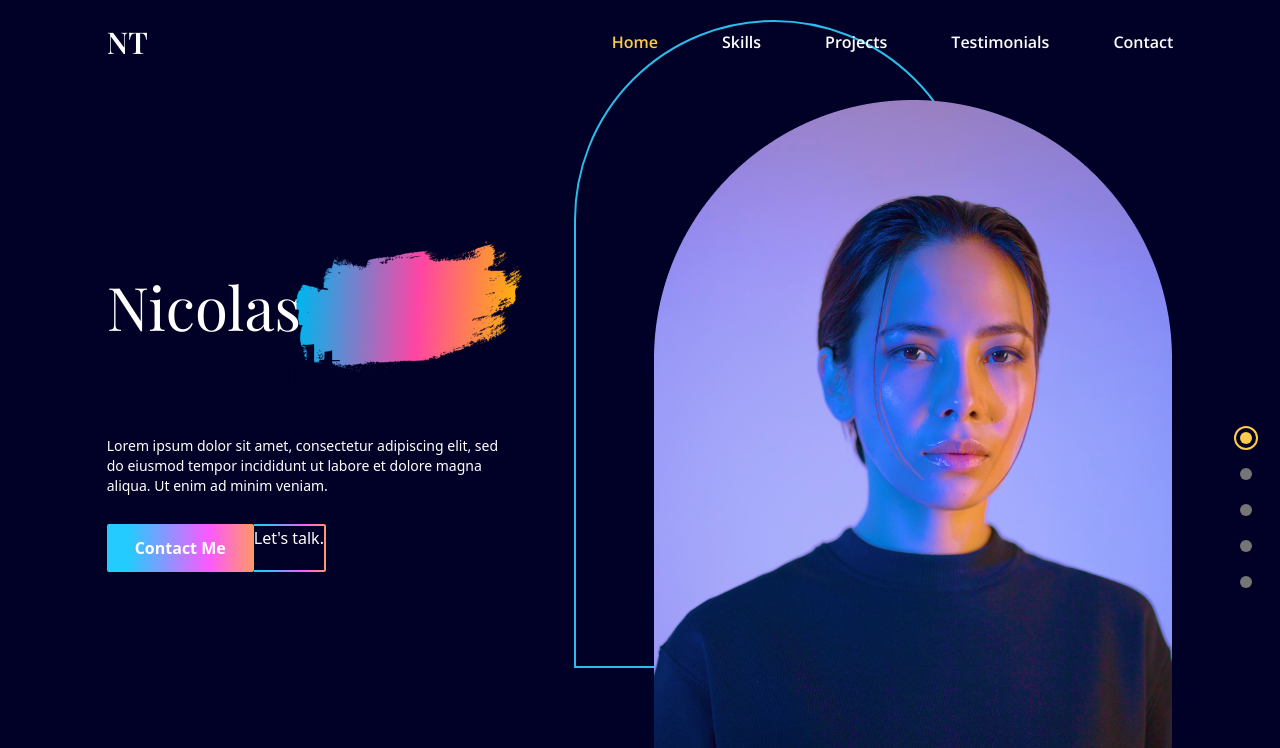
Repository: thibaultNicolas/portfolio-react
Page: /
An editor plug-in stored every save of this project. The page is shown before and after a run of saves, followed by the edit.
The browser window is 1280 px wide. The pictures show the whole page.
The project was rebuilt for these pictures with package versions that can differ from the ones it lists, and the page was loaded fresh each time. Also part of the build but not shown: next.config.ts.

Above is the page before, as saved 2023-01-08 10:50:22.

### public/index.html
<!DOCTYPE html>
<html lang="en">

<head>
  <meta charset="utf-8" />
  <link rel="icon" href="%PUBLIC_URL%/favicon.ico" />
  <meta name="viewport" content="width=device-width, initial-scale=1" />
  <meta name="theme-color" content="#000000" />
  <meta name="description" content="Web site created using create-react-app" />
  <link rel="apple-touch-icon" href="%PUBLIC_URL%/logo192.png" />
  <!--
      manifest.json provides metadata used when your web app is installed on a
      user's mobile device or desktop. See https://developers.google.com/web/fundamentals/web-app-manifest/
    -->
  <link rel="manifest" href="%PUBLIC_URL%/manifest.json" />
  <!--
      Notice the use of %PUBLIC_URL% in the tags above.
      It will be replaced with the URL of the `public` folder during the build.
      Only files inside the `public` folder can be referenced from the HTML.

      Unlike "/favicon.ico" or "favicon.ico", "%PUBLIC_URL%/favicon.ico" will
      work correctly both with client-side routing and a non-root public URL.
      Learn how to configure a non-root public URL by running `npm run build`.
    -->
  <title>React App</title>
  <link href="/public/output.css" rel="stylesheet">
</head>

<body>
  <noscript>You need to enable JavaScript to run this app.</noscript>
  <div id="root"></div>
  <!--
      This HTML file is a template.
      If you open it directly in the browser, you will see an empty page.

      You can add webfonts, meta tags, or analytics to this file.
      The build step will place the bundled scripts into the <body> tag.

      To begin the development, run `npm start` or `yarn start`.
      To create a production bundle, use `npm run build` or `yarn build`.
    -->
</body>

</html>

### src/index.css
@import url('https://fonts.googleapis.com/css2?family=Open+Sans:wght@400;600&family=Playfair+Display:wght@400;600&display=swap');

@tailwind base;
@tailwind components;
@tailwind utilities;

html,
body,
#root,
.app{
    height: 100%;
    background-color: #010026;
    @apply text-white;
}

### src/scenes/Navbar.jsx
import { useState } from 'react';
import AnchorLink from 'react-anchor-link-smooth-scroll';
import useMediaQuery from '../hooks/useMediaQuery';

const Link = ({ page, selectedPage, setSelectedPage }) => {
    const lowerCasePage = page.toLowerCase();
    return (
        <AnchorLink
            className={`${selectedPage === lowerCasePage ? 'text-yellow' : ''}
            hover:text-yellow transition duration-500`}
            href={`#${lowerCasePage}`}
            onClick={() => setSelectedPage(lowerCasePage)}
        >
            {page}
        </AnchorLink>
    );
};

const Navbar = ({ isTopOfPage, selectedPage, setSelectedPage }) => {
    const [isMenuToggled, setIsMenuToggled] = useState(false);
    const isAboveSmallScreens = useMediaQuery('(min-width:768px)');
    const navbarBackground = isTopOfPage ? "" : "bg-red";

    return (
        <nav className={`${navbarBackground} z-40 w-full fixed top-0 py-6`}>
            <div className="flex items-center justify-between mx-auto w-5/6">
                <h4 className="font-playfair text-3xl font-bold">NT</h4>

                {/* DESKTOP NAV */}
                {isAboveSmallScreens ? (
                    <div className="flex justify-between gap-16 font-openSans txt-sm font-semibold">
                        <Link
                            page="Home"
                            selectedPage={selectedPage}
                            setSelectedPage={setSelectedPage}
                        />
                        <Link
                            page="Skills"
                            selectedPage={selectedPage}
                            setSelectedPage={setSelectedPage}
                        />
                        <Link
                            page="Projects"
                            selectedPage={selectedPage}
                            setSelectedPage={setSelectedPage}
                        />
                        <Link
                            page="Testimonials"
                            selectedPage={selectedPage}
                            setSelectedPage={setSelectedPage}
                        />
                        <Link
                            page="Contact"
                            selectedPage={selectedPage}
                            setSelectedPage={setSelectedPage}
                        />
                    </div>
                ) : (
                    <button
                        className="rounded-full bg-red p-2"
                        onClick={() => setIsMenuToggled(!isMenuToggled)}
                    >
                        <img src="../assets/menu-icon.svg" alt="menu-icon" />
                    </button>
                )}

                {/* MOBILE MENU POPUP */}
                {!isAboveSmallScreens && isMenuToggled && (
                    <div className="fixed right-0 bottom-0 h-full bg-blue w-[300px]">
                        {/* CLOSE ICON */}
                        <div className="flex justify-end p-12">
                            <button
                                onClick={() => setIsMenuToggled(!isMenuToggled)}
                            >
                                <img
                                    src="../assets/close-icon.svg"
                                    alt="close-icon"
                                />
                            </button>
                        </div>
                        {/* MENU ITEMS */}
                        <div className="flex flex-col gap-10 ml-[33%] text-2xl text-deep-blue">
                            <Link
                                page="Home"
                                selectedPage={selectedPage}
                                setSelectedPage={setSelectedPage}
                            />
                            <Link
                                page="Skills"
                                selectedPage={selectedPage}
                                setSelectedPage={setSelectedPage}
                            />
                            <Link
                                page="Projects"
                                selectedPage={selectedPage}
                                setSelectedPage={setSelectedPage}
                            />
                            <Link
                                page="Testimonials"
                                selectedPage={selectedPage}
                                setSelectedPage={setSelectedPage}
                            />
                            <Link
                                page="Contact"
                                selectedPage={selectedPage}
                                setSelectedPage={setSelectedPage}
                            />
                        </div>
                    </div>
                )}
            </div>
        </nav>
    );
};

export default Navbar;

### src/scenes/DotGroup.jsx
import AnchorLink from 'react-anchor-link-smooth-scroll';
const DotGroup = ({ selectedPage, setSelectedPage }) => {
    const selectedStyles = `relative bg-yellow before:absolute before:w-6 before:h-6
    before:rounded-full before:border-2 before:border-yellow before:left-[-50%]
    before:top-[-50%]`;
    return (
        <div className="flex flex-col gap-6 fixed top-[60%] right-7">
            <AnchorLink
                className={`${selectedPage === 'home' ? selectedStyles : 'bg-dark-grey'}
            w-3 h-3 rounded-full`}
                href="#home"
                onClick={() => setSelectedPage('home')}
            />
            <AnchorLink
                className={`${selectedPage === 'skills' ? selectedStyles : 'bg-dark-grey'}
            w-3 h-3 rounded-full`}
                href="#skills"
                onClick={() => setSelectedPage('skills')}
            />
            <AnchorLink
                className={`${selectedPage === 'projects' ? selectedStyles : 'bg-dark-grey'}
            w-3 h-3 rounded-full`}
                href="#projects"
                onClick={() => setSelectedPage('projects')}
            />
            <AnchorLink
                className={`${selectedPage === 'testimonials' ? selectedStyles : 'bg-dark-grey'}
            w-3 h-3 rounded-full`}
                href="#testimonials"
                onClick={() => setSelectedPage('testimonials')}
            />
            <AnchorLink
                className={`${selectedPage === 'contact' ? selectedStyles : 'bg-dark-grey'}
            w-3 h-3 rounded-full`}
                href="#contact"
                onClick={() => setSelectedPage('contact')}
            />
        </div>
    );
};
export default DotGroup;

### src/scenes/Landing.jsx
import useMediaQuery from '../hooks/useMediaQuery';
import { motion } from 'framer-motion';
import AnchorLink from 'react-anchor-link-smooth-scroll';

const Landing = ({ setSelectedPage }) => {
    const isAboveMediumScreens = useMediaQuery('(min-width:1060px)');

    return (
        <section
            id="home"
            className="md:flex md:justify-between md:items-center md:h-full gap-16 py-10"
        >
            {/* IMAGE SECTION */}
            <div className="md:order-2 flex justify-center basis-3/5 z-10 mt-16 md:mt-32">
                {isAboveMediumScreens ? (
                    <div className="relative z-0 ml-20 before:absolute before:-top-20 before:-left-20 before:rounded-t-[400px] before:w-full before:max-w-[400px] before:h-full before:border-2 before:border-blue before:z-[-1]">
                        <img
                            src="assets/profile-image.png"
                            alt="profile"
                            className="hover:filter hover:saturate-200 transition duration-500 z-10 w-full max-w-[400px] md:max-w-[600px]"
                        />
                    </div>
                ) : (
                    <img
                        src="assets/profile-image.png"
                        alt="profile"
                        className="hover:filter hover:saturate-200 transition duration-500 z-10 w-full max-w-[400px] md:max-w-[600px]"
                    />
                )}
            </div>

            {/* MAIN SECTION */}
            <div className="z-30 basis-2/5 mt-12 md:mt-32">
                {/* HEADING SECTION */}
                <motion.div
                    initial="hidden"
                    whileInView="visible"
                    viewport={{ once: true, amount: 0.5 }}
                    transition={{ duration: 0.5 }}
                    variants={{
                        hidden: { opacity: 0, x: -50 },
                        visible: { opacity: 1, x: 0 },
                    }}
                >
                    <p className="text-6xl font-playfair z-10 text-center md:text-start">
                        Nicolas {''}
                        <span
                            className="xs:relative xs:text-deep-blue xs:font-semibold z-20
                        xs:before:content-brush before:absolute before:-left-[25px] before:-top-[70px] before:z-[-1]
                        "
                        >
                            Thibault
                        </span>
                    </p>
                    <p className="mt-10 mb-7 text-sm text-center md:text-start">
                        Lorem ipsum dolor sit amet, consectetur adipiscing elit,
                        sed do eiusmod tempor incididunt ut labore et dolore
                        magna aliqua. Ut enim ad minim veniam.
                    </p>
                </motion.div>

                {/* CALL TO ACTION */}
                <motion.div
                    className='flex mt-5 justify-center md:justify-start'
                    initial="hidden"
                    whileInView="visible"
                    viewport={{ once: true, amount: 0.5 }}
                    transition={{ delay:0.2, duration: 0.5 }}
                    variants={{
                        hidden: { opacity: 0, x: -50 },
                        visible: { opacity: 1, x: 0 },
                    }}
                >
                    <AnchorLink
                    className='bg-gradient-rainblue txt-deep-blue rounded-sm py-3 px-7 font-semibold hover:bg-blue hover:text-white transition duration-500'
                    onClick={()=> setSelectedPage("contact")}
                    href="#contact">
                        Contact Me
                    </AnchorLink>

                    <AnchorLink
                    className='rounded-r-sm bg-gradient-rainblue py-0.5 pr-0.5'
                    onClick={()=> setSelectedPage("contact")}
                    href="#contact">
                        <div className='bg-deep-blue hover:text-red transition duration-500 w-full h-full flex '>
                            Let's talk.
                        </div>
                    </AnchorLink>
                </motion.div>
            </div>
        </section>
    );
};
export default Landing;

### src/hooks/useMediaQuery.jsx
import { useState, useEffect } from 'react';

const useMediaQuery = (query) => {
    const [matches, setMatches] = useState(false);

    useEffect(() => {
        const media = window.matchMedia(query);
        if (media.matches !== matches) {
            setMatches(media.matches);
        }
        const listener = () => setMatches(media.matches);
        window.addEventListener('resize', listener);
        return () => window.removeEventListener('resize', listener);
    }, [matches, query]);

    return matches;
};

export default useMediaQuery;

Loaded but not shown: src/index.js (common file); src/App.js (37 lines, source omitted); tailwind.config.js (41 lines, source omitted); public/output.css (740 lines, source omitted)

After the next 2 saves:
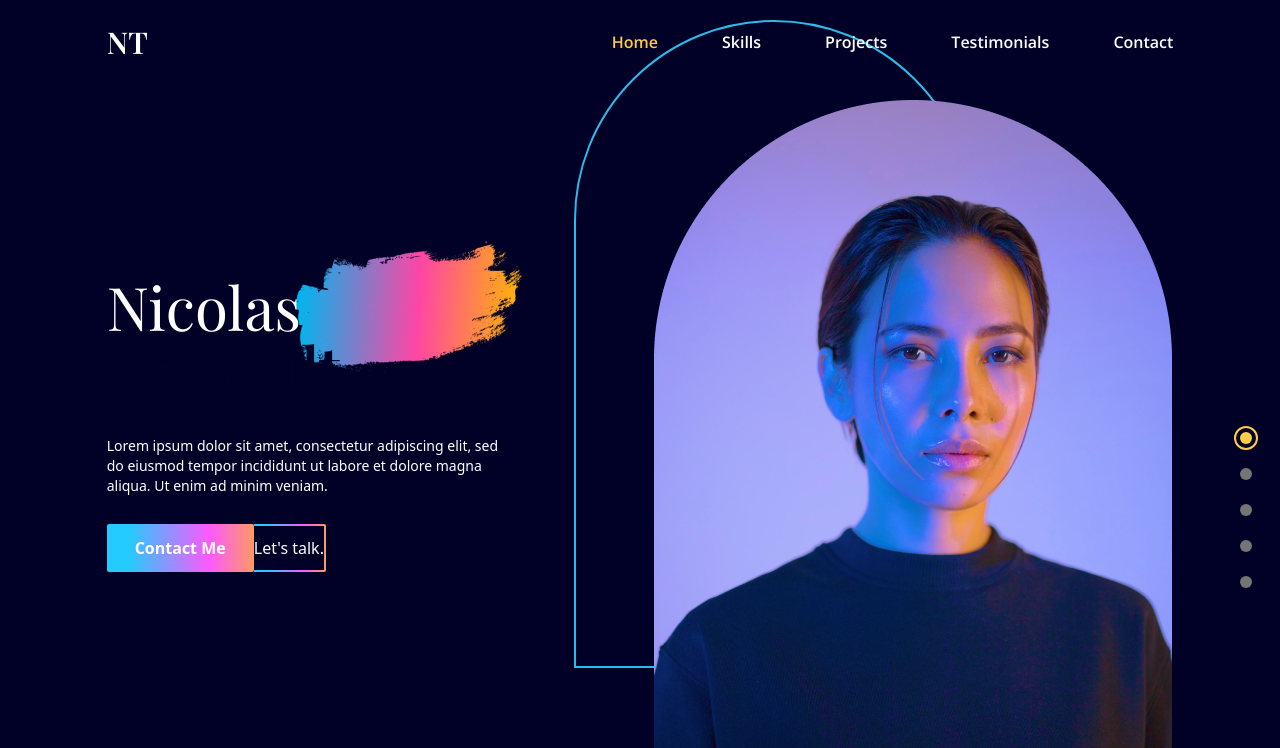
The 2 saves are shown as one change because they came seconds apart.
The last was saved 5 s later.
--- a/src/scenes/Landing.jsx
+++ b/src/scenes/Landing.jsx
@@ -82,7 +82,7 @@ const Landing = ({ setSelectedPage }) => {
                     className='rounded-r-sm bg-gradient-rainblue py-0.5 pr-0.5'
                     onClick={()=> setSelectedPage("contact")}
                     href="#contact">
-                        <div className='bg-deep-blue hover:text-red transition duration-500 w-full h-full flex '>
+                        <div className='bg-deep-blue hover:text-red transition duration-500 w-full h-full flex items-center justify-center'>
                             Let's talk.
                         </div>
                     </AnchorLink>
